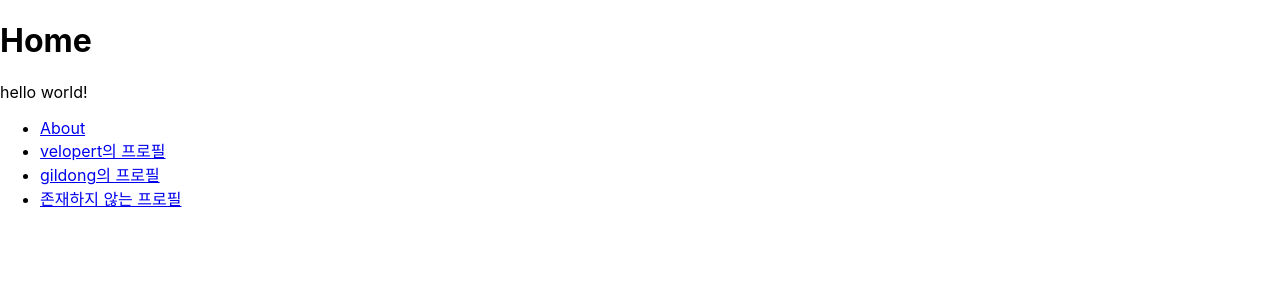
Repository: jongheonleee/hello_my_react
Page: / (app in router-tutorial/)
These files come from the project's save history. The page is drawn as it stood at one moment and after the next save; the edit follows.
The browser window is 1280 px wide. The pictures show the whole page.
The project was rebuilt for these pictures with package versions that can differ from the ones it lists, and the page was loaded fresh each time. Also part of the build but not shown: router-tutorial/src/pages/About.js, router-tutorial/src/pages/Profile.js, router-tutorial/src/App.css, router-tutorial/src/pages/Articles.js, router-tutorial/src/pages/Article.js.

Above is the page before, as saved 2024-09-24 15:57:41.

### router-tutorial/src/App.js
import logo from './logo.svg';
import { Routes, Route } from'react-router-dom';
import About from './pages/About';
import Home from './pages/Home';
import Profile from './pages/Profile';
import './App.css';
import Articles from './pages/Articles';
import Article from './pages/Article';

const App = () => {
  return (
    <Routes>
      <Route path='/' element={<Home/>}/>
      <Route path='/about' element={<About/>}/>
      <Route path='/profiles/:username' element={<Profile/>}/>
      <Route path='/articles' element={<Articles/>}/>
      <Route path='/articles/:id' element={<Article/>}/>
    </Routes>
  );
}

export default App;

### router-tutorial/src/pages/Home.js
import { Link } from 'react-router-dom';

const Home = () => {
    return (
        <div>
            <h1>Home</h1>
            <p>hello world!</p>
            <ul>
                <li>
                    <Link to='/about'>About</Link>
                </li>
                <li>
                    <Link to='/profiles/velopert'>velopert의 프로필</Link>
                </li>
                <li>
                    <Link to='/profiles/gildong'>gildong의 프로필</Link>
                </li>
                <li>
                    <Link to='/profiles/void'>존재하지 않는 프로필</Link>
                </li>
            </ul>
        </div>
    );
};

export default Home;

Loaded but not shown: router-tutorial/public/index.html (common file); router-tutorial/src/index.js (common file); router-tutorial/src/index.css (common file); router-tutorial/src/reportWebVitals.js (common file)

After the next save:
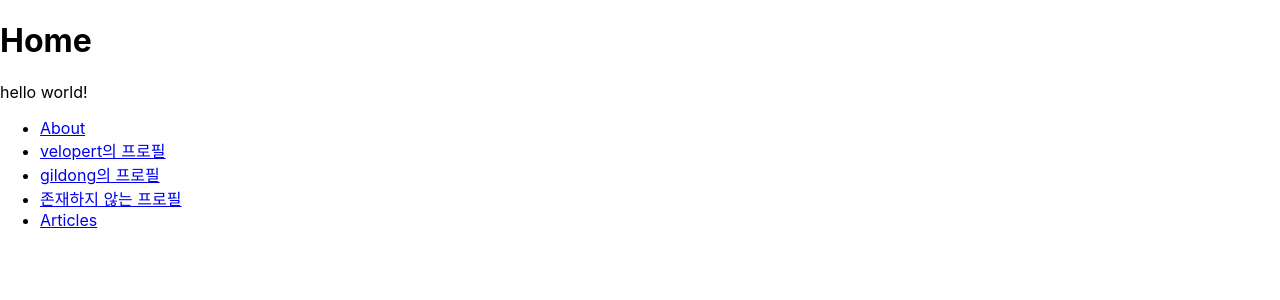
Saved 18 s later.
--- a/router-tutorial/src/pages/Home.js
+++ b/router-tutorial/src/pages/Home.js
@@ -18,6 +18,9 @@ const Home = () => {
                 <li>
                     <Link to='/profiles/void'>존재하지 않는 프로필</Link>
                 </li>
+                <li>
+                    <Link to='/articles'>Articles</Link>
+                </li>
             </ul>
         </div>
     );
